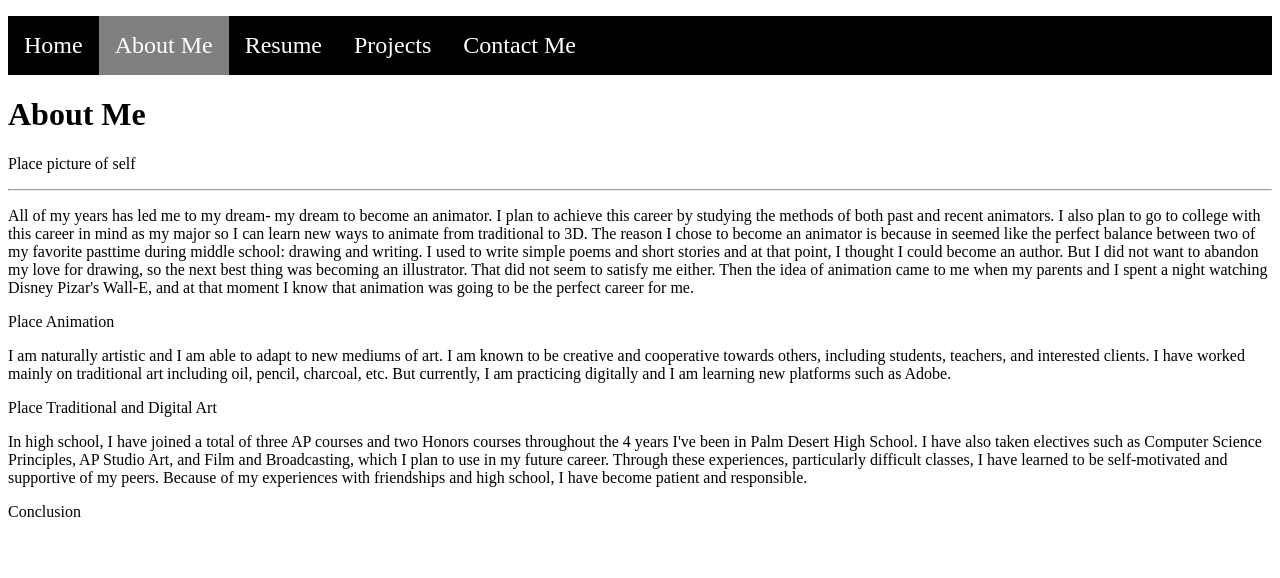
Repository: pflores002/pflores002.github.io
Page: aboutme.html
The author's editor kept a record of every edit. The page is drawn from the files as they stood at one moment, then again after the next edit.
The browser window is 1280 px wide. The pictures show the whole page.

Above is the page before.

### aboutme.html
<!DOCTYPE html>
<html>
    <head>
        <title>Home</title>
        <link rel="stylesheet" type="text/css" href="style.css">

    </head>
    <body>
        <ul class="navbar">
            <li><a href="./index.html">Home</a></li>
            <li class="active"><a href="aboutme.html">About Me</a></li>
            <li><a href="resume.html">Resume</a></li>
            <li class="dropdown">
                <div>Projects</div>
                <ul class="dropdown-content">
                    <li><a href="project1.html">Project 1</a></li>
                    <li><a href="project2.html">Project 2</a></li>
                    <li><a href="project3.html">Project 3</a></li>
                </ul>
            </li>
            <li><a href="contactme.html">Contact Me</a></li>

        </ul>

        <h1>About Me</h1>
        <p>Place picture of self</p>
        <hr>
        <p>All of my years has led me to my dream- my dream to become an animator. I plan to
        achieve this career by studying the methods of both past and recent animators.
        I also plan to go to college with this career in mind as my major so I can learn new ways
        to animate from traditional to 3D. The reason I chose to become an animator is because in
        seemed like the perfect balance between two of my favorite pasttime during middle school:
        drawing and writing. I used to write simple poems and short stories and at that point, I
        thought I could become an author. But I did not want to abandon my love for drawing, so the
        next best thing was becoming an illustrator. That did not seem to satisfy me either. Then the
        idea of animation came to me when my parents and I spent a night watching Disney Pizar's Wall-E,
        and at that moment I know that animation was going to be the perfect career for me.</p>
        <p>Place Animation</p>

        <p>I am naturally artistic and I am able to adapt to new mediums of art. I am known to be creative
        and cooperative towards others, including students, teachers, and interested clients. I have worked mainly
        on traditional art including oil, pencil, charcoal, etc. But currently, I am practicing digitally and I
        am learning new platforms such as Adobe.</p>
        <p>Place Traditional and Digital Art</p>

        <p>In high school, I have joined a total of three AP courses and two Honors courses throughout the 4
        years I've been in Palm Desert High School. I have also taken electives such as Computer Science Principles,
        AP Studio Art, and Film and Broadcasting, which I plan to use in my future career. Through these experiences,
        particularly difficult classes, I have learned to be self-motivated and supportive of my peers. Because of
        my experiences with friendships and high school, I have become patient and responsible. </p>

        <p>Conclusion</p>





    </body>
</html>

### style.css
.navbar{
                list-style:none;
                background-color:black;
                overflow: hidden;
                padding: 0;
            }

            .navbar a, .dropdown div{
                text-decoration:none;
                color: white;
                font-size: 24px;
                padding: 16px;
                display: inline-block;

            }

            .navbar li{
                float: left;

            }

            .navbar li:hover{
                background-color: pink;
            }

            .dropdown-content{
                list-style:none;
                padding: 0;
                display:none;
                position:absolute;
                z-index: 1;
                background-color:black;
            }

            .dropdown-content li{
                float:none;

            }

            .dropdown:hover .dropdown-content{
                display:block;
            }

            .active{
                background-color:grey;
            }

After the next edit:
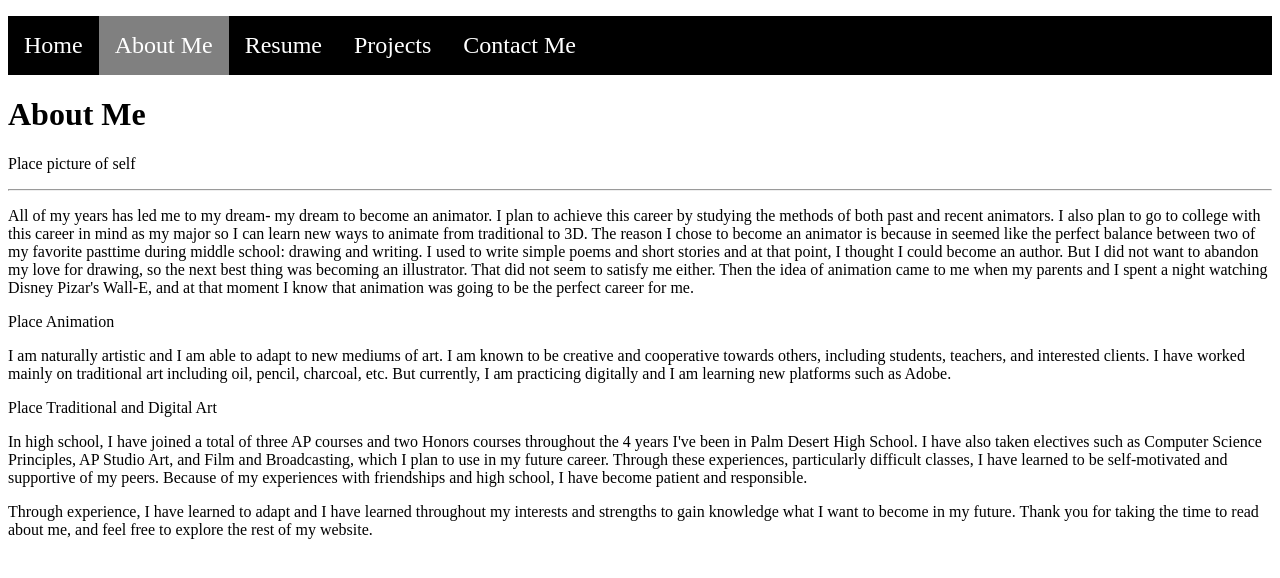
The edit:
--- a/aboutme.html
+++ b/aboutme.html
@@ -49,7 +49,9 @@
         particularly difficult classes, I have learned to be self-motivated and supportive of my peers. Because of
         my experiences with friendships and high school, I have become patient and responsible. </p>
 
-        <p>Conclusion</p>
+        <p>Through experience, I have learned to adapt and I have learned throughout my interests and strengths to
+        gain knowledge what I want to become in my future. Thank you for taking the time to read about me, and feel
+        free to explore the rest of my website.</p>
 
 
 
